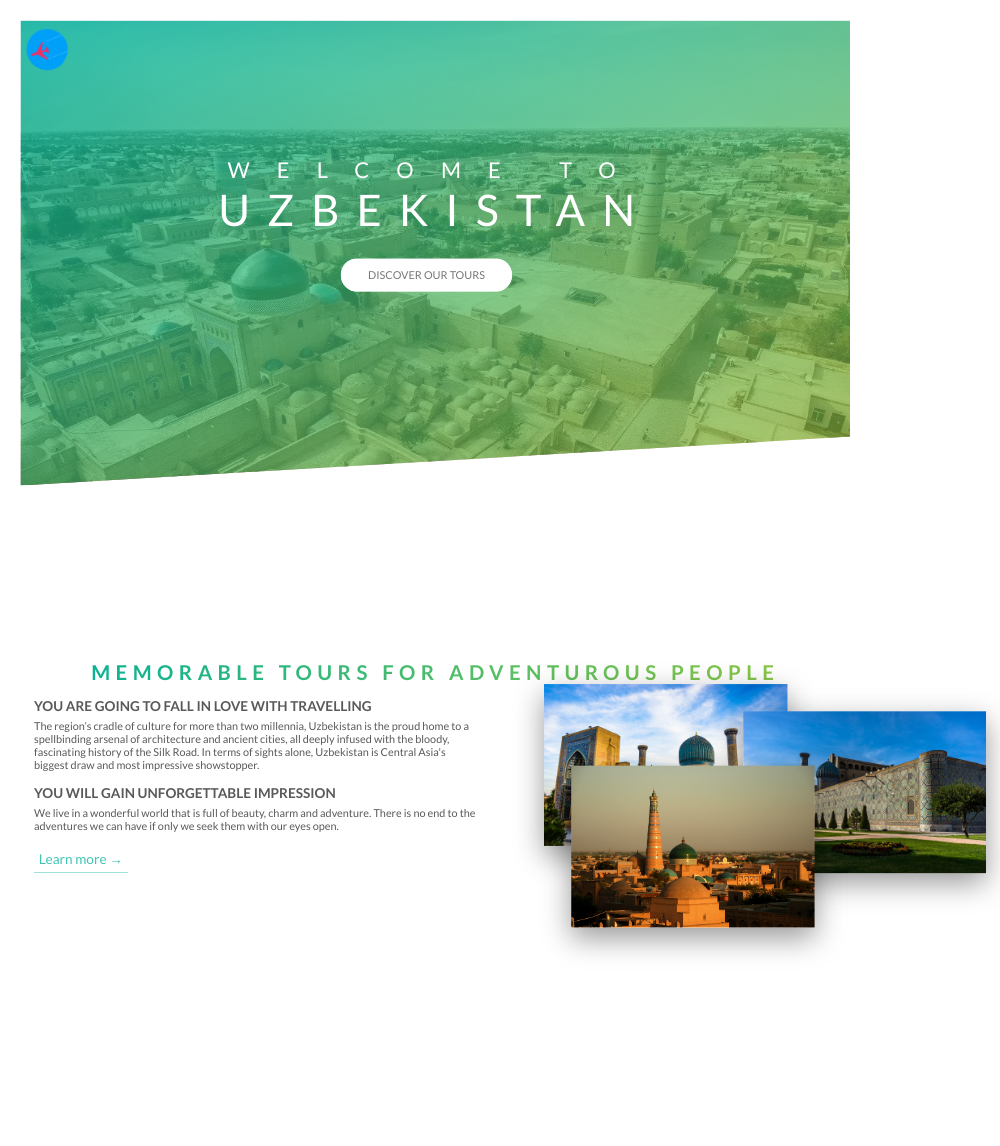
Repository: bmbrdr/UzTours
Page: index.html
The author's editor kept a copy of each file at every save. The page is drawn from the files as they stood at one save, then again after the next save.
The browser window is 1280 px wide. The page is 1470 px wide, so the pictures cover 1470 px, including what lies to the right of the window. The pictures show the whole page, at 68% of full size.
The style sheet was rebuilt from its Sass, Less or Tailwind sources for each picture, by a compiler version that may differ from the author's.

Above is the page before, as saved 2021-08-09 14:55:43.

After the next save:
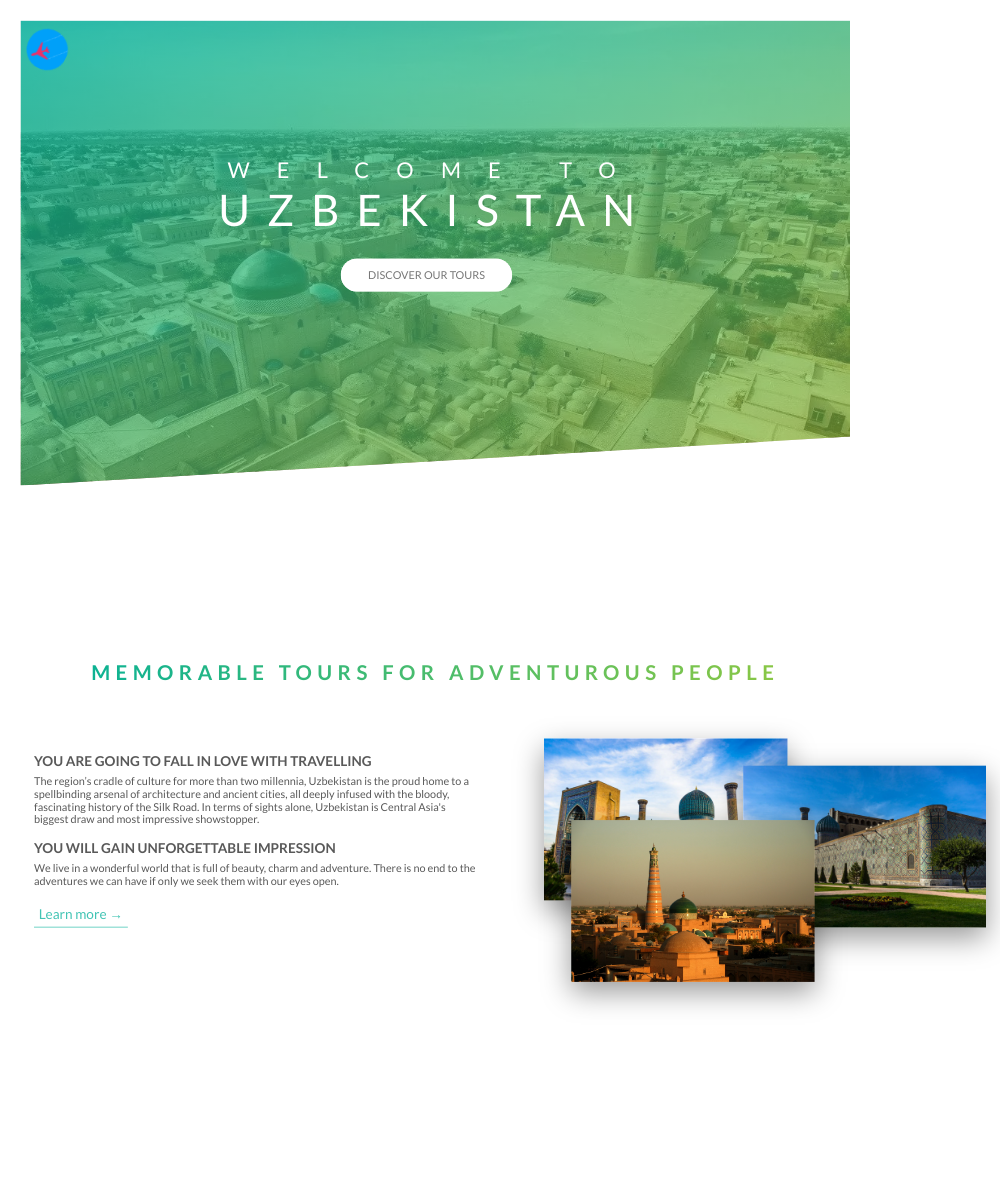
Saved 54 s later.
--- a/index.html
+++ b/index.html
@@ -28,7 +28,7 @@
     </header>
     <section class="section-about">
         <div class="u-text-center u-text-up">
-            <h2 class="heading-secondary">
+            <h2 class="heading-secondary u-margin-bot-big">
                 memorable tours for adventurous people
             </h2>
         </div>
